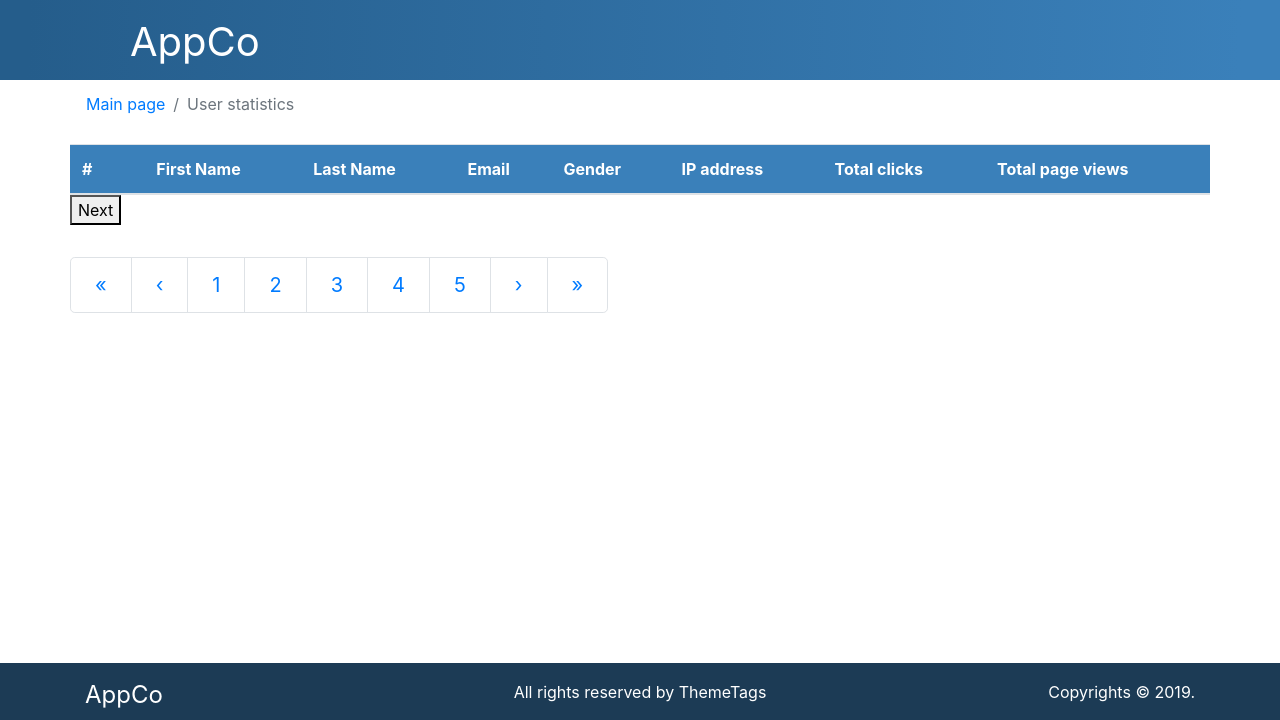
Repository: andbilous/user-statistics-app
Page: /
These files come from the project's save history. The page is drawn as it stood at one moment and after the next save; the edit follows.
The browser window is 1280 px wide. The pictures show the whole page.
The page's requests for data from a server got no answer. The project was rebuilt for these pictures with package versions that can differ from the ones it lists, and the page was loaded fresh each time. No one was signed in, and anything a server would have sent is missing. Also part of the build but not shown: src/components/brainstorming/index.js, src/components/reasons/reasons.scss, src/components/reasons/index.js, src/components/footer/footer.scss, src/components/footer/index.js, src/pages/Main.jsx.

Above is the page before, as saved 2020-06-22 17:15:51.

### src/App.js
import React from 'react';
import Main from './pages/Main';
import Stats from './pages/Stats';
import './App.scss';

function App() {
  return (
    <div className="App">
      <Stats/>
    </div>
  );
}

export default App;

### src/pages/Stats.jsx
import React, { useEffect, useState } from "react";
import Header from "../components/Header";
import axios from "axios";
import {
  Table,
  Breadcrumb,
  BreadcrumbItem,
  Container,
  Row,
  Pagination,
  PaginationItem,
  PaginationLink,
} from "reactstrap";
import PlainFooter from "../components/plain-footer";

const Stats = () => {
  const [data, setData] = useState([]);
  const [active, setActive] = useState(1);
  let items = [];
  const fetchData = (startIndex) => {
    axios.get(`http://localhost:5000/users/${startIndex}`).then((res) => {
      setData(res.data.users);
    });
  };

  useEffect(() => {
    fetchData(1);
  }, []);
  return (
    <>
      <Header />
      <Container>
        <Row>
          <Breadcrumb tag="nav" listTag="div">
            <BreadcrumbItem tag="a" href="#">
              Main page
            </BreadcrumbItem>
            <BreadcrumbItem active tag="span">
              User statistics
            </BreadcrumbItem>
          </Breadcrumb>
          <section className="table">
            <Table striped>
              <thead>
                <tr>
                  <th>#</th>
                  <th>First Name</th>
                  <th>Last Name</th>
                  <th>Email</th>
                  <th>Gender</th>
                  <th>IP address</th>
                  <th>Total clicks</th>
                  <th>Total page views</th>
                </tr>
              </thead>
              <tbody>
                {data.map((user) => {
                  return (
                    <tr key={user.id}>
                      <td>{user.id}</td>
                      <td>{user.first_name}</td>
                      <td>{user.last_name}</td>
                      <td>{user.email}</td>
                      <td>{user.gender}</td>
                      <td>{user.ip_address}</td>
                      <td>{user.total_clicks}</td>
                      <td>{user.total_page_views}</td>
                    </tr>
                  );
                })}
              </tbody>
              <button
                onClick={() => {
                  fetchData(51);
                }}
              >
                Next
              </button>
            </Table>
          </section>
        </Row>
        <Row className="">
        <Pagination size="lg" aria-label="Page navigation example">
    <PaginationItem>
        <PaginationLink first href="#" />
      </PaginationItem>
      <PaginationItem>
        <PaginationLink previous href="#" />
      </PaginationItem>
      <PaginationItem>
        <PaginationLink href="#">
          1
        </PaginationLink>
      </PaginationItem>
      <PaginationItem>
        <PaginationLink href="#">
          2
        </PaginationLink>
      </PaginationItem>
      <PaginationItem>
        <PaginationLink href="#">
          3
        </PaginationLink>
      </PaginationItem>
      <PaginationItem>
        <PaginationLink href="#">
          4
        </PaginationLink>
      </PaginationItem>
      <PaginationItem>
        <PaginationLink href="#">
          5
        </PaginationLink>
      </PaginationItem>
      <PaginationItem>
        <PaginationLink next href="#" />
      </PaginationItem>
      <PaginationItem>
        <PaginationLink last href="#" />
      </PaginationItem>
    </Pagination>
        </Row>
      </Container>

      <PlainFooter />
    </>
  );
};

export default Stats;

### src/App.scss
body {
  font-family: Montserrat;
  font-style: normal;
  font-weight: normal;
}
img {
  position: relative;
  display: block;
  width: 100%;
}

table {
  thead{
    background: #3A80BA;
    color: #fff;
  }
}

.breadcrumb {
  background-color: #fff !important;
}

### src/components/Header/index.js
import React from 'react';
import './header.scss';
import { Container } from 'reactstrap';


const Header = () => {
    return (
      <header className='header bg-image'>
      <Container>
          <div className='navbar-brand'>
          AppCo
            </div>
      </Container>
      </header>
    )
};

export default Header;

### src/components/plain-footer/index.js
import React from 'react';
import { Container, Row, Col } from 'reactstrap';
import './plain-footer.scss';

const PlainFooter = () => {
    return (
      <footer className='plain-footer'>
        <Container>
          <Row className='justify-content-between'>
          <Col className='col-md' lg='4'>
            <span className='footer-title'>AppCo</span>
          </Col>
          <Col className='col-md text-center' lg='4'>
          <span>All rights reserved by ThemeTags</span>
            </Col>
            <Col className='col-md text-right' lg='4'>
            <span>Copyrights © 2019.</span>
            </Col>
          </Row>
        </Container>
      </footer>
    )
};

export default PlainFooter;

### src/components/Header/header.scss
.header{
  width: 100%;
  height: 80px;
  background: linear-gradient(92.09deg, #255D8B 2.29%, #3A80BA 96.79%);
  .navbar-brand {
    color: #fff;
    font-size: 40px;
    line-height: 49px;
    position: absolute;
    width: 136px;
    height: 49px;
    left: 130px;
    top: 12px;
  }
}

### src/components/brainstorming/brainstorming.scss
.brainstorming {
  background-image: url(/img/bg.png);
  background-repeat: no-repeat;
  background-position: center center;
  background-size: cover;
}
.brainstorming-header {
  font-size: 48px;
  line-height: 59px;
  color: #fff;
  font-style: normal;
  width: 98%;
}
.brainstorming-subheader {
  font-size: 20px;
  line-height: 142%;
  font-weight: normal;
  color: #fff;
  font-style: normal;
  margin-bottom: 32px;
}

.brainstorming-btn {
  width: 154px;
  height: 56px;
  background: #ffffff;
  border-radius: 8px;
  color: #3a80ba;
  font-size: 16px;
  line-height: 142%;
  text-align: center;
  padding: 17px 31px 16px 32px;
}

.mobile {
  width: 321px;
  height: 561px;
  background-image: url(/img/mobile.png);
  background-repeat: no-repeat;
  background-position: center center;
  background-size: cover;
}

.bg-image {
  position: relative;
  width: 100%;
  display: block;
}

### src/components/plain-footer/plain-footer.scss
.plain-footer {
  position: absolute;
  bottom: 0;
  background-color: #1c3b55;
  width: 100%;
  height: 57px;
  color: #fff;
  padding: 17px 17px;
  .span{
    font-size: 16px;
  }
  .footer-title{
    font-size: 24px;
    line-height: 29px;
  }
}

Loaded but not shown: public/index.html (common file); src/index.js (common file); src/serviceWorker.js (common file)

After the next save:
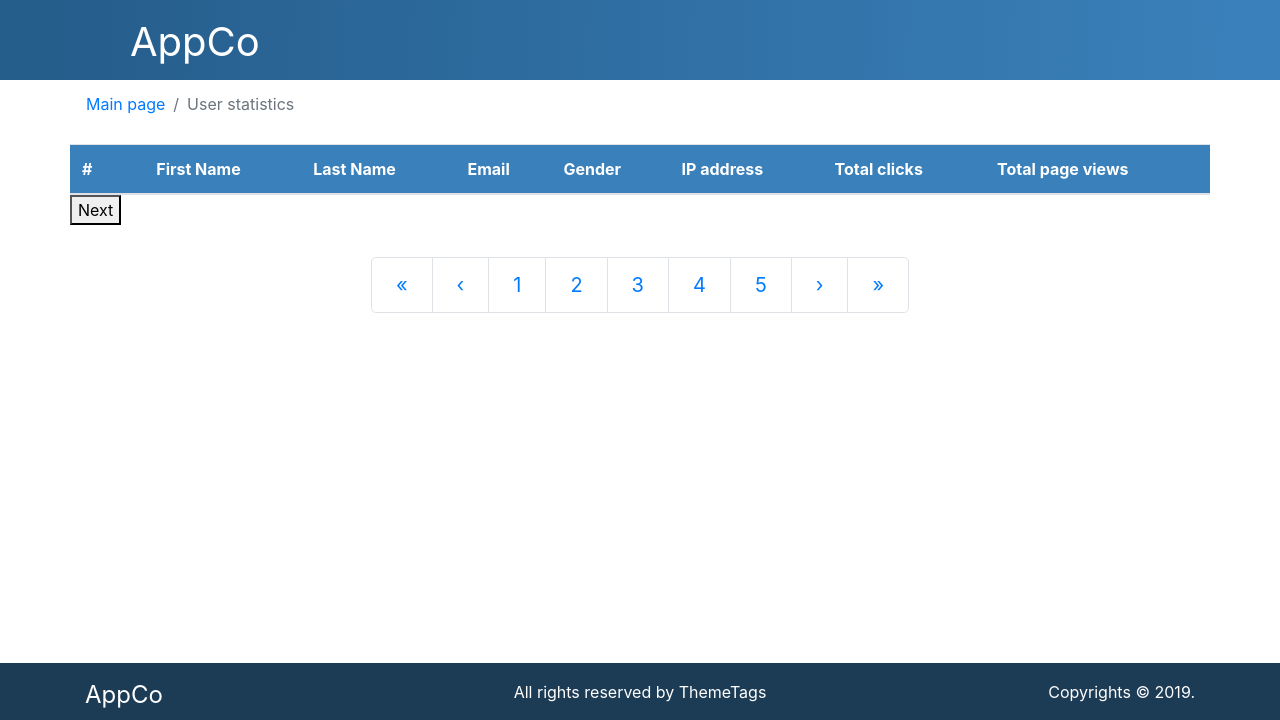
Saved 10 s later.
--- a/src/pages/Stats.jsx
+++ b/src/pages/Stats.jsx
@@ -79,7 +79,7 @@ const Stats = () => {
             </Table>
           </section>
         </Row>
-        <Row className="">
+        <Row className="justify-content-center">
         <Pagination size="lg" aria-label="Page navigation example">
     <PaginationItem>
         <PaginationLink first href="#" />
